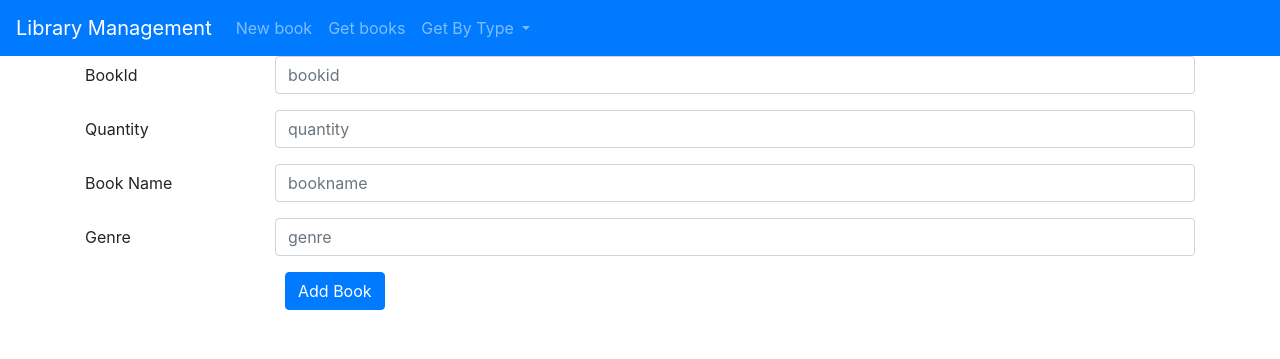
Repository: kshashikumar/application-library
Page: http://localhost/application/WEB-INF/jsp/newbook.jsp
The author's editor kept a copy of each file at every save. The page is drawn from the files as they stood at one save, then again after the next save.
The browser window is 1280 px wide. The pictures show the whole page.
Some web libraries are served in a nearby version. The page is served by Tomcat 9. Nobody is signed in. Other server files are loaded and not shown. The template is opened directly, without the code that normally fills it, so the values that code supplies are empty.

Above is the page before, as saved 2021-05-16 17:02:58.

### application/src/main/webapp/WEB-INF/jsp/newbook.jsp

<%@taglib prefix="c" uri="http://java.sun.com/jsp/jstl/core"%>
<%@ page language="java" contentType="text/html; charset=ISO-8859-1"
    pageEncoding="ISO-8859-1"%>
<!DOCTYPE html>
<html>
<head>
<meta charset="ISO-8859-1">
<title>Library Management</title>
<link rel="stylesheet" href="https://maxcdn.bootstrapcdn.com/bootstrap/4.0.0/css/bootstrap.min.css" integrity="sha384-Gn5384xqQ1aoWXA+058RXPxPg6fy4IWvTNh0E263XmFcJlSAwiGgFAW/dAiS6JXm" crossorigin="anonymous">

<style type="text/css">
.hoo{
margin-top: 20px;
}
</style>
</head>
<body>
<%@ include file="header.jsp" %>
<div class="container">
<form action="/saveBook" method="post">
  <div class="form-group row">
    <label for="bookid" class="col-sm-2 col-form-label">BookId</label>
    <div class="col-sm-10">
      <input type="text" name="bookId" class="form-control" value="${ data}" id="bookid" placeholder="bookid">
    </div>
  </div>
   <div class="form-group row">
    <label for="quantity" class="col-sm-2 col-form-label">Quantity</label>
    <div class="col-sm-10">
      <input type="text" name="quantity" class="form-control" id="quantity" placeholder="quantity">
    </div>
  </div>
   <div class="form-group row">
    <label for="bookname" class="col-sm-2 col-form-label">Book Name</label>
    <div class="col-sm-10">
      <input type="text" name="bookName" class="form-control" id="bookname" placeholder="bookname">
    </div>
  </div>
   <div class="form-group row">
    <label for="genre" class="col-sm-2 col-form-label">Genre</label>
    <div class="col-sm-10">
      <input type="text" name="genre" class="form-control" id="genre" placeholder="genre">
    </div>
  </div>
   <div class="form-group row">
    <div class="col-sm-10">
      <button style="margin-left:200px;" type="submit" class="btn btn-primary">Add Book</button>
    </div>
  </div>
  </div>
</form>

<div style="margin-left:550px;">
 <h5>${ data }</h5>
</div>

<script src="https://code.jquery.com/jquery-3.2.1.slim.min.js" integrity="sha384-KJ3o2DKtIkvYIK3UENzmM7KCkRr/rE9/Qpg6aAZGJwFDMVNA/GpGFF93hXpG5KkN" crossorigin="anonymous"></script>
<script src="https://cdnjs.cloudflare.com/ajax/libs/popper.js/1.12.9/umd/popper.min.js" integrity="sha384-ApNbgh9B+Y1QKtv3Rn7W3mgPxhU9K/ScQsAP7hUibX39j7fakFPskvXusvfa0b4Q" crossorigin="anonymous"></script>
<script src="https://maxcdn.bootstrapcdn.com/bootstrap/4.0.0/js/bootstrap.min.js" integrity="sha384-JZR6Spejh4U02d8jOt6vLEHfe/JQGiRRSQQxSfFWpi1MquVdAyjUar5+76PVCmYl" crossorigin="anonymous"></script>
</body>
</html>

### application/src/main/webapp/WEB-INF/jsp/header.jsp
<%@taglib prefix="c" uri="http://java.sun.com/jsp/jstl/core"%>
<%@ page language="java" contentType="text/html; charset=ISO-8859-1"
    pageEncoding="ISO-8859-1"%>
<!DOCTYPE html>
<html>
<head>
<meta charset="ISO-8859-1">
<title>Library Management</title>
<link rel="stylesheet" href="https://maxcdn.bootstrapcdn.com/bootstrap/4.0.0/css/bootstrap.min.css" integrity="sha384-Gn5384xqQ1aoWXA+058RXPxPg6fy4IWvTNh0E263XmFcJlSAwiGgFAW/dAiS6JXm" crossorigin="anonymous">

<style type="text/css">
 .dropdown-menu {min-width: 30rem;}
 .foo{
   margin-left: 30px;
 }
 .hoo{
   margin-right:10px;
   margin-left:10px;
 }
 .goo{
   margin-top: 20px;
 }
</style>
</head>
<body>

<nav class="navbar navbar-expand-lg navbar-dark bg-primary">
  <a class="navbar-brand" href="#">Library Management</a>
  <button class="navbar-toggler" type="button" data-toggle="collapse" data-target="#navbarSupportedContent" aria-controls="navbarSupportedContent" aria-expanded="false" aria-label="Toggle navigation">
    <span class="navbar-toggler-icon"></span>
  </button>

  <div class="collapse navbar-collapse" id="navbarSupportedContent">
    <ul class="navbar-nav mr-auto">
      <li class="nav-item">
        <a class="nav-link" href="/newbook">New book</a>
      </li>
        <li class="nav-item">
        <a class="nav-link" href="/getBooks">Get books</a>
      </li>
  <li class="nav-item dropdown">
        <a class="nav-link dropdown-toggle" href="#" id="navbarDropdown" role="button" data-toggle="dropdown" aria-haspopup="true" aria-expanded="false">
          Get By Type
        </a>
        <div class="dropdown-menu" aria-labelledby="navbarDropdown">
        <form class="d-flex" action="/getByType">
          <label style="margin-left:5px;margin-top:5px;"  for="search">Book Genre</label>
        <input class="form-control me-2 foo" style="width:50%;" type="text" name="genre" id="search" aria-label="Search">
      <button type="submit" class="btn btn-primary hoo">Submit</button>
       </form>
        </div>
      </li>
      </ul>
  </div>
</nav>


<script src="https://code.jquery.com/jquery-3.2.1.slim.min.js" integrity="sha384-KJ3o2DKtIkvYIK3UENzmM7KCkRr/rE9/Qpg6aAZGJwFDMVNA/GpGFF93hXpG5KkN" crossorigin="anonymous"></script>
<script src="https://cdnjs.cloudflare.com/ajax/libs/popper.js/1.12.9/umd/popper.min.js" integrity="sha384-ApNbgh9B+Y1QKtv3Rn7W3mgPxhU9K/ScQsAP7hUibX39j7fakFPskvXusvfa0b4Q" crossorigin="anonymous"></script>
<script src="https://maxcdn.bootstrapcdn.com/bootstrap/4.0.0/js/bootstrap.min.js" integrity="sha384-JZR6Spejh4U02d8jOt6vLEHfe/JQGiRRSQQxSfFWpi1MquVdAyjUar5+76PVCmYl" crossorigin="anonymous"></script>
</body>
</html>

After the next save:
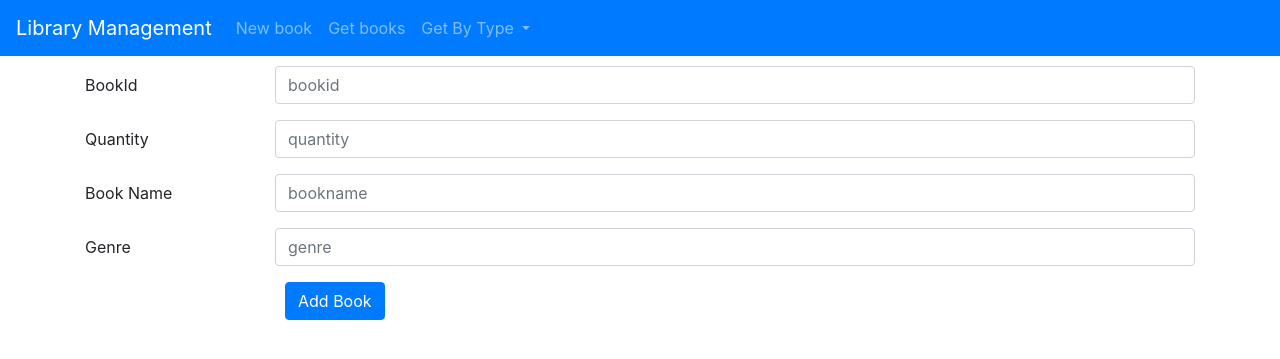
Saved 34 s later.
--- a/application/src/main/webapp/WEB-INF/jsp/newbook.jsp
+++ b/application/src/main/webapp/WEB-INF/jsp/newbook.jsp
@@ -19,7 +19,7 @@ margin-top: 20px;
 <%@ include file="header.jsp" %>
 <div class="container">
 <form action="/saveBook" method="post">
-  <div class="form-group row">
+  <div style="margin-top:10px;" class="form-group row">
     <label for="bookid" class="col-sm-2 col-form-label">BookId</label>
     <div class="col-sm-10">
       <input type="text" name="bookId" class="form-control" value="${ data}" id="bookid" placeholder="bookid">
